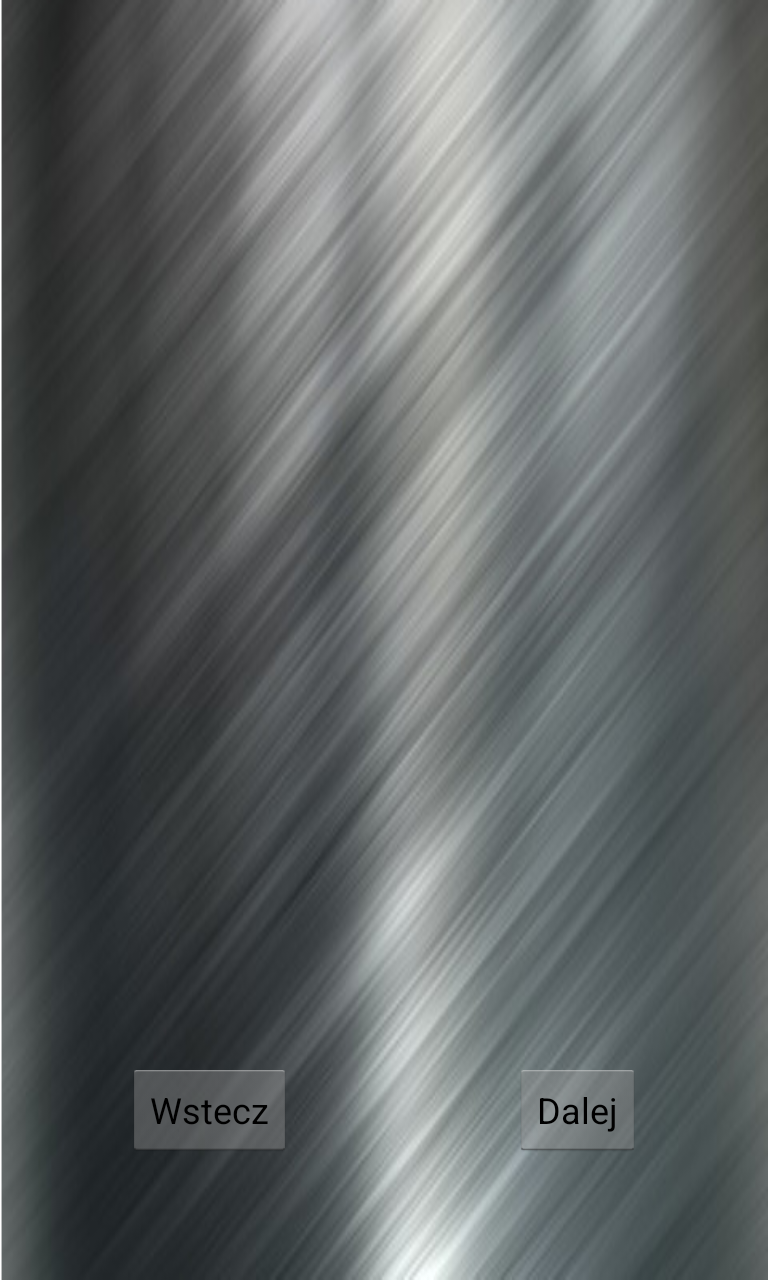
Repository: KrzysztofWolinski/WiesFight_Project
Layout: WiesFight/res/layout/activity_tutarial.xml
An editor plug-in stored every save of this project. The layout is shown before and after the next save, followed by the edit.
It is drawn on a 768 x 1280 px phone screen (xhdpi) without system bars, with theme AppTheme; the app's code is not run.

Above is the layout before, as saved 2014-11-17 18:18:17.

After the next save:
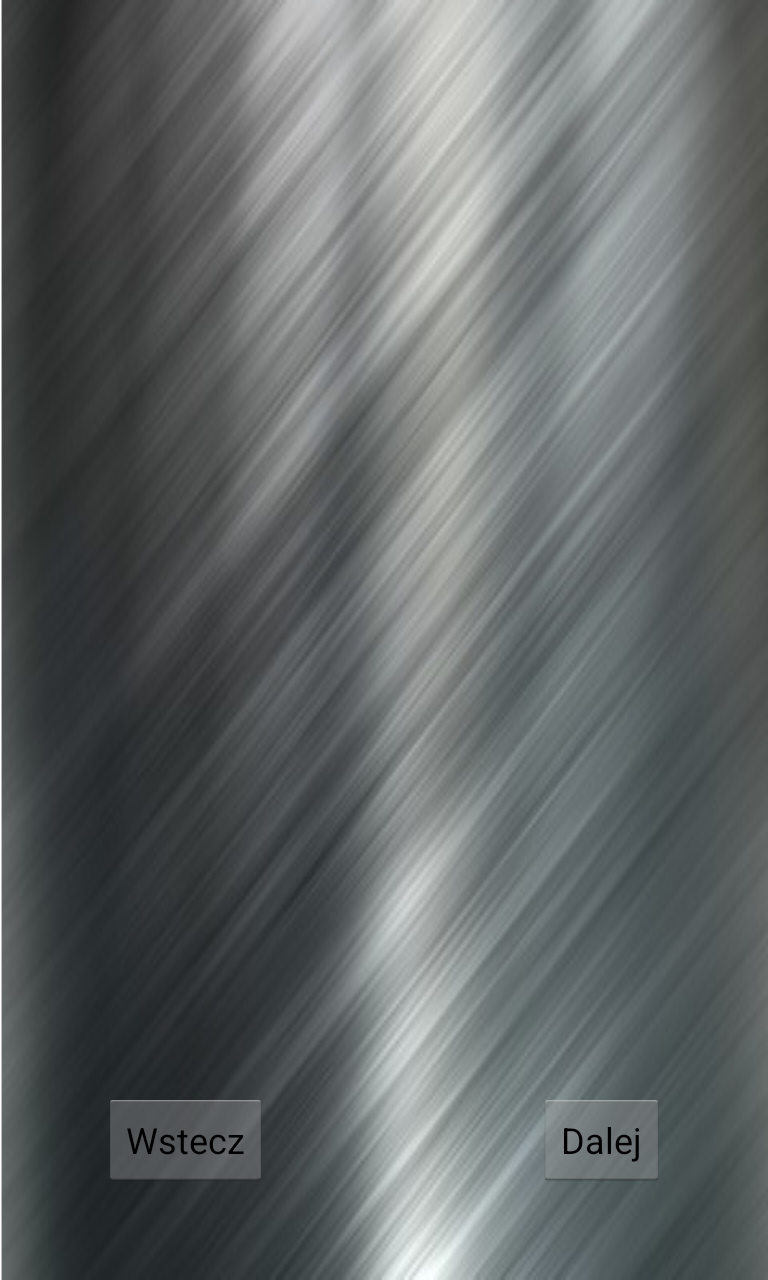
Saved 9 s later.
--- a/WiesFight/res/layout/activity_tutarial.xml
+++ b/WiesFight/res/layout/activity_tutarial.xml
@@ -15,8 +15,8 @@
         android:layout_height="wrap_content"
         android:layout_alignParentBottom="true"
         android:layout_alignParentLeft="true"
-        android:layout_marginBottom="45dp"
-        android:layout_marginLeft="47dp"
+        android:layout_marginBottom="30dp"
+        android:layout_marginLeft="35dp"
         android:text="@string/back" />
 
     <Button
@@ -26,7 +26,7 @@
         android:layout_alignBaseline="@+id/button1"
         android:layout_alignBottom="@+id/button1"
         android:layout_alignParentRight="true"
-        android:layout_marginRight="47dp"
+        android:layout_marginRight="35dp"
         android:text="@string/next" />
 
 </RelativeLayout>
